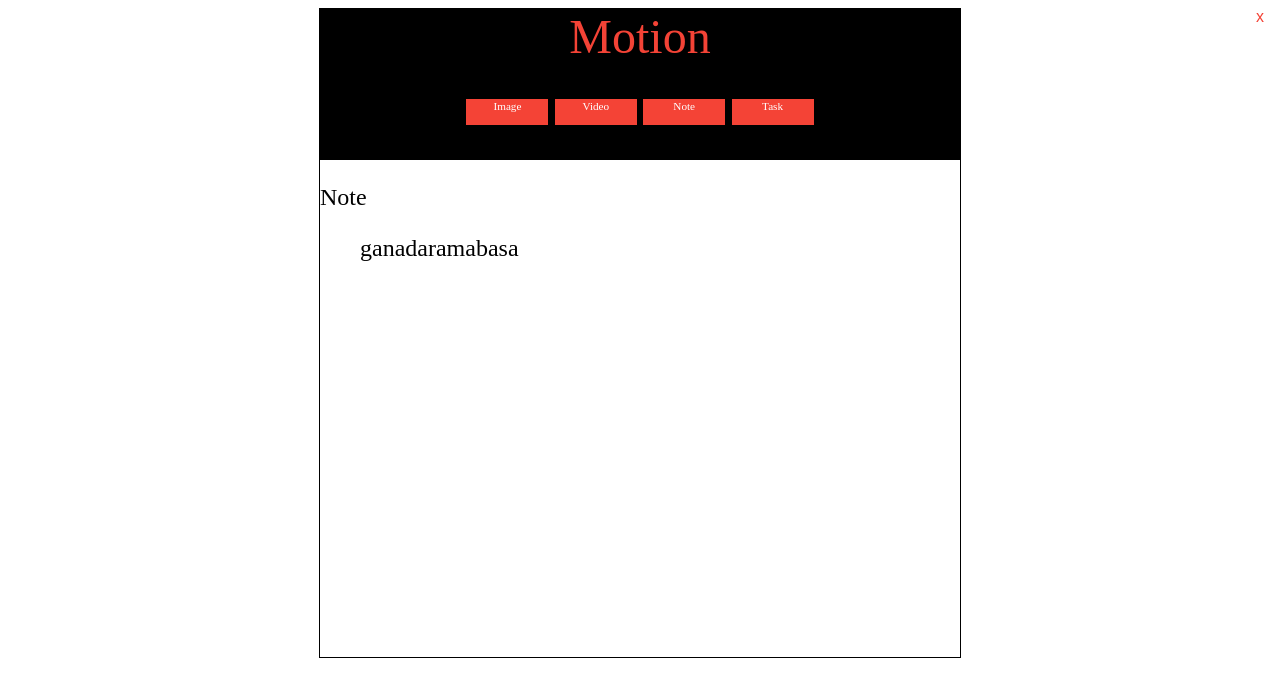
Repository: DevMinwoo-Jung/typescript
Page: motion/index.html
An editor plug-in stored every save of this project. The page is shown before and after the next save, followed by the edit.
The browser window is 1280 px wide. The pictures show the whole page.

Above is the page before, as saved 2021-10-12 14:57:17.

### motion/index.html
<!DOCTYPE html>
<html lang="en">
<head>
  <meta charset="UTF-8">
  <meta http-equiv="X-UA-Compatible" content="IE=edge">
  <meta name="viewport" content="width=device-width, initial-scale=1.0">
  <title>Document</title>
  <script src="build/main.js"></script>
  <link rel="stylesheet" href="index.module.css">
</head>
<body>
  <section class="main__section">
    <div class="header__contents">
      <header class="haeder">Motion</header>
        <div class="item__category">
          <div class="category">Image</div>
          <div class="category">Video</div>
          <div class="category">Note</div>
          <div class="category">Task</div>
        </div>
    </div>
    <!-- <div class="img__div">
      <img class="img" src="img/money.png" alt="">
      <div class="text__div">
        <p class="text">Img</p>
        <button class="closeBtn__box">x</button>
      </div>
    </div> -->
    <!-- <div class="video__box">
      <iframe class="vidoe" src="https://www.youtube.com/embed/fGcmOlOI3uo" title="YouTube video player" frameborder="0" allow="accelerometer; autoplay; clipboard-write; encrypted-media; gyroscope; picture-in-picture" allowfullscreen></iframe>
      <div class="text__div">
        <p class="text">Video</p>
        <button class="closeBtn__box">x</button>
      </div>
    </div> -->
    <div class="note__box">
      <div class="text__box">
        <p>Note</p>
        <ul>ganadaramabasa</ul>
        <button class="closeBtn__box">x</button>
      </div>
    </div>
    <!-- <div class="video__div">
      <iframe class="vidoe" src="https://www.youtube.com/embed/fGcmOlOI3uo" title="YouTube video player" frameborder="0" allow="accelerometer; autoplay; clipboard-write; encrypted-media; gyroscope; picture-in-picture" allowfullscreen></iframe>
      <div class="text__div">
        <p class="text">Video</p>
        <button class="closeBtn__box">x</button>
      </div>
    </div> -->
  </section>
  <!-- <section class="image__section">
    <div class="input__div">
      <div class="title">
        <button class="closeBtn">x</button>
        <span>Title</span><br/>
        <input class="input" type="text"><br/>
        <span>URL</span><br/>
        <input type="text">
        <button class="addBtn">Add</button>
      </div>
    </div>
  </section> -->
  <!-- <section class="video__section">
    <div class="input__div">
      <div class="title">
        <button class="closeBtn">x</button>
        <span>Title</span><br/>
        <input class="input" type="text"><br/>
        <span>URL</span><br/>
        <input type="text">
        <button class="addBtn">Add</button>
      </div>
    </div>
  </section> -->
  <!-- <section class="Note__section">
    <div class="note__div">
      <div class="title">
        <button class="closeBtn">x</button>
        <span>Title</span><br/>
        <input  type="text"><br/>
        <span>Body</span><br/>
        <input class="Note__input" type="text">
        <button class="addBtn">Add</button>
      </div>
    </div>
  </section> -->
  <!-- <section class="Task__section">
    <div class="input__div">
      <div class="title">
        <button class="closeBtn">x</button>
        <span>Title</span><br/>
        <input class="input" type="text"><br/>
        <span>URL</span><br/>
        <input type="text">
        <button class="addBtn">Add</button>
      </div>
    </div>
  </section> -->
</body>
</html>

### motion/index.module.css
:root {
  --color-red: #f44336;
  --color-white: white;
  --color-black: black;
  --color-yellow: rgb(253, 253, 171);
}

.main__section {
  margin: auto;
  width: 40rem;
  border: 1px solid black;
  height: 90vh;
}

.header__contents {
  background-color: var(--color-black);
}

.haeder {
  font-size: 3rem;
  text-align: center;
  color: var(--color-red);
}

.item__category {
  text-align: center;
  font-size: 1rem;
  padding-top: 2rem;
  padding-bottom: 2rem;
  display: flex;
  justify-content: center;
}

.category {
  margin: 0.2rem;
  border: 1px solid var(--color-red);
  background-color: var(--color-red);
  width: 5rem;
  height: 1.5rem;
  color: var(--color-white);
  cursor: pointer;
  font-size: 0.7rem;
}

/* show section */
.img__div {
  width: 90%;
  height: 15rem;
  border: 1px solid;
  margin: 1rem auto;
  display: flex;
}

.img {
  width: 60%;
  height: 100%;
}

.text__div {
  position: relative;
  width: 40%;
  height: 100%;
  text-align: center;
  display: flex;
  justify-content: center;
  align-items: center;
  font-size: 4rem;
  font-weight: bold;
}

.video__box {
  width: 90%;
  height: 15rem;
  border: 1px solid;
  margin: 1rem auto;
  display: flex;
}

.video {
  width: 60%;
  height: 100%;
}

.task__box {
  width: 90%;
  height: 10rem;
  border: 1px solid;
  margin: 1rem auto;
  padding-left: 1rem;
  position: relative;
}

.text__box {
  display: block;
  width: 40%;
  height: 100%;
  text-align: left;
  font-size: 1.5rem;
}

/* add section */
.input__div {
  position: absolute;
  width: 30rem;
  height: 10rem;
  z-index: 1;
  border: 1px solid black;
  margin: auto;
  left: 0;
  right: 0;
  margin-left: auto;
  margin-right: auto;
  top: 35%;
  background-color: grey;
}

.note__div {
  position: absolute;
  width: 30rem;
  height: 12rem;
  z-index: 1;
  border: 1px solid black;
  margin: auto;
  left: 0;
  right: 0;
  margin-left: auto;
  margin-right: auto;
  top: 35%;
  background-color: grey;
}

.title {
  color: var(--color-yellow);
  font-size: 0.8rem;
  margin-left: 2rem;
  margin-top: 2rem;
  position: relative;
}

input {
  font-size: 1rem;
  width: 90%;
}

.Note__input {
  font-size: 1rem;
  width: 90%;
  height: 3rem;
}

.addBtn {
  position: relative;
  margin-top: 1%;
  margin: 3% 0 0 85%;
  width: 2.5rem;
  height: 1.5rem;
  background-color: var(--color-red);
  color: var(--color-white);
  border: none;
  cursor: pointer;
}

.closeBtn {
  position: absolute;
  font-size: 1rem;
  margin-top: -1rem;
  right: 1.5rem;
  width: 2.5rem;
  height: 1.5rem;
  color: var(--color-red);
  background: none;
  border: none;
  cursor: pointer;
}

.closeBtn__box {
  position: absolute;
  font-size: 1rem;
  margin-top: -22%;
  right: 0;
  width: 2.5rem;
  height: 1.5rem;
  color: var(--color-red);
  background: none;
  border: none;
  cursor: pointer;
}

Loaded but not shown: motion/build/main.js (no copy from this time; the picture is the same without it)

After the next save:
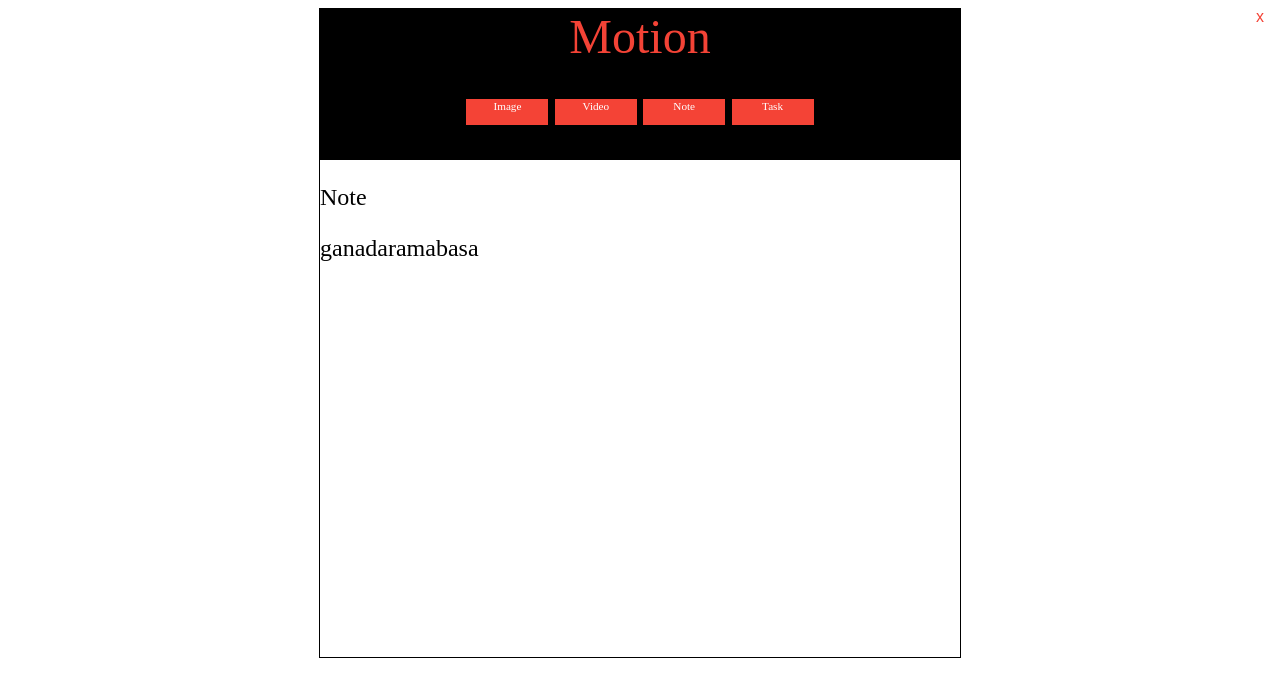
Saved 20 s later.
--- a/motion/index.html
+++ b/motion/index.html
@@ -33,20 +33,20 @@
         <button class="closeBtn__box">x</button>
       </div>
     </div> -->
-    <div class="note__box">
+    <!-- <div class="task__box">
       <div class="text__box">
         <p>Note</p>
         <ul>ganadaramabasa</ul>
         <button class="closeBtn__box">x</button>
       </div>
-    </div>
-    <!-- <div class="video__div">
-      <iframe class="vidoe" src="https://www.youtube.com/embed/fGcmOlOI3uo" title="YouTube video player" frameborder="0" allow="accelerometer; autoplay; clipboard-write; encrypted-media; gyroscope; picture-in-picture" allowfullscreen></iframe>
-      <div class="text__div">
-        <p class="text">Video</p>
+    </div> -->
+    <div class="note__box">
+      <div class="text__box">
+        <p>Note</p>
+        <p>ganadaramabasa</p>
         <button class="closeBtn__box">x</button>
       </div>
-    </div> -->
+    </div>
   </section>
   <!-- <section class="image__section">
     <div class="input__div">
